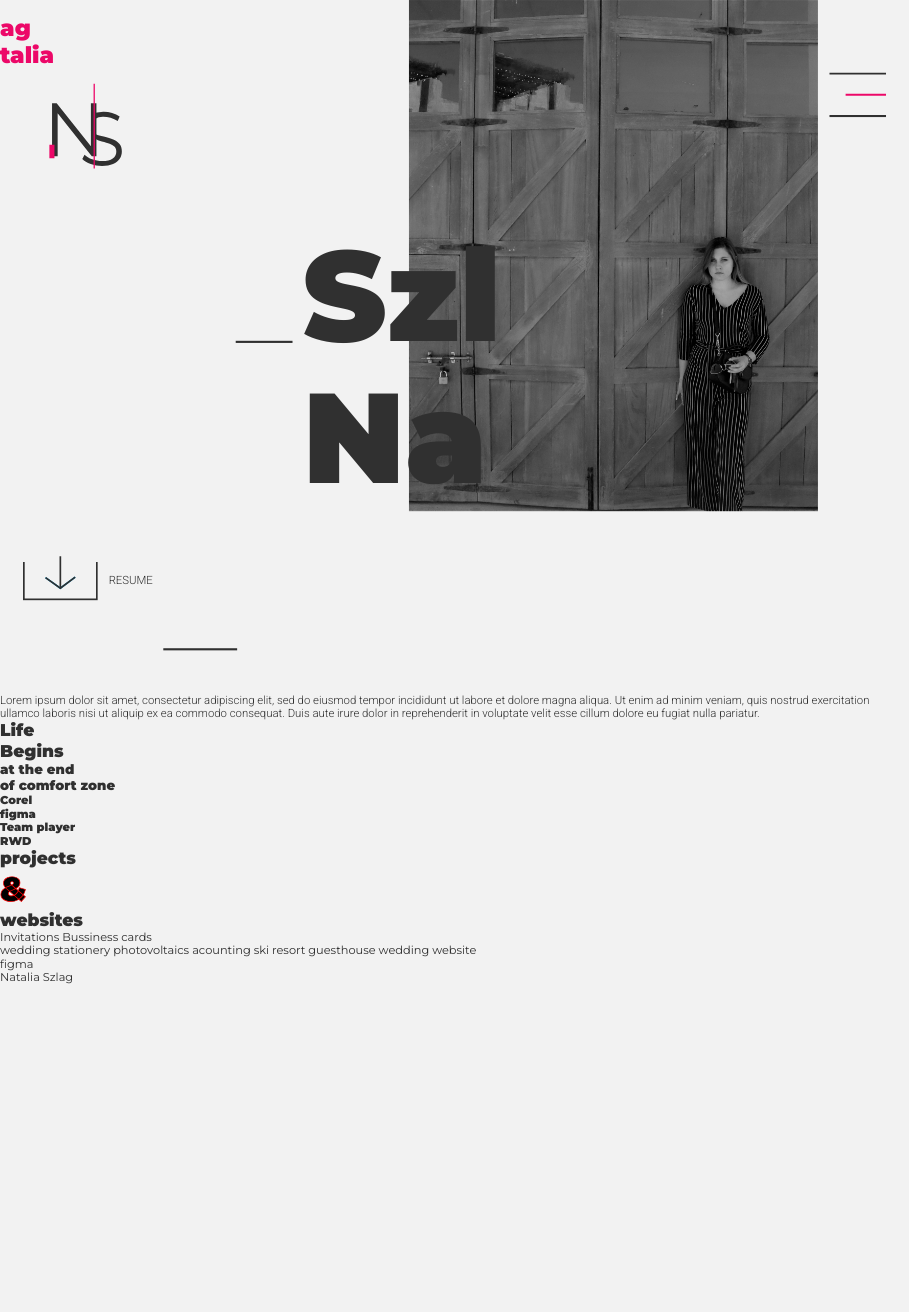
Repository: nataliaszlag/portfolio3
Page: index.html
The author's editor kept a copy of each file at every save. The page is drawn from the files as they stood at one save, then again after the next save.
The browser window is 1280 px wide. The pictures show the whole page, at 71% of full size.
The style sheet was rebuilt from its Sass, Less or Tailwind sources for each picture, by a compiler version that may differ from the author's.

Above is the page before, as saved 2020-09-26 20:13:58.

### index.html
<!DOCTYPE html>
<html lang="en">
<head>
    <meta charset="UTF-8">
    <meta name="viewport" content="width=device-width, initial-scale=1.0">
    <title>Portfolio</title>
    <link rel="stylesheet" href="/css/style.css">
    <link href="https://fonts.googleapis.com/css2?family=Montserrat:wght@300;400;600;900&family=Roboto:wght@300&display=swap" rel="stylesheet">
<body>
    <img><img class="hero-img"src="/img/img-hero.JPG" alt="zdj"><h1 class="h1-name-2 clr-prim">ag<br>talia</h1></img></div>
    <header class="hero">
        <nav>
            <logo class="logo">
                <svg width="202" height="202" viewBox="0 0 202 202" fill="none" xmlns="http://www.w3.org/2000/svg">
                    <path d="M111.707 131.661C106.15 131.661 100.822 130.771 95.7284 128.989C90.6331 127.207 86.6957 124.857 83.9163 121.934L87.0156 115.841C89.7232 118.549 93.3219 120.742 97.8117 122.416C102.302 124.091 106.933 124.927 111.707 124.927C118.407 124.927 123.43 123.699 126.779 121.239C130.128 118.781 131.805 115.592 131.805 111.673C131.805 108.68 130.895 106.292 129.078 104.511C127.26 102.729 125.035 101.357 122.397 100.396C119.76 99.4333 116.091 98.3831 111.387 97.2422C78.7372 90.0157 110.659 55.7886 98.6857 58.3337C92.9473 59.5532 105.322 55.7647 113.312 55.5543C117.586 55.4414 121.773 56.1427 125.871 57.3177C129.969 58.4945 133.513 60.116 136.506 62.1821L133.835 68.4884C130.7 66.4223 127.351 64.8726 123.786 63.8395C120.223 62.8047 116.732 62.3344 113.312 62.2882C95.5796 62.0521 91.8988 81.0702 103.104 87.2483C105.649 88.6525 109.535 89.2614 114.167 90.4023C119.654 91.7552 124.089 93.091 127.474 94.4098C130.859 95.7285 133.727 97.7228 136.079 100.396C138.431 103.068 139.607 106.684 139.607 111.245C139.607 115.022 138.591 118.46 136.561 121.561C134.529 124.66 131.411 127.118 127.207 128.936C123.003 130.753 117.837 131.661 111.707 131.661Z" fill="#303030"/>
                    <path d="M103.826 43.3881V118.212H97.3055L49.2035 57.4973V118.212H41.2945V43.3881H47.8146L96.0226 104.103V43.3881H103.826Z" fill="#303030"/>
                    <path fill-rule="evenodd" clip-rule="evenodd" d="M99.789 135.296V16.0728H101.621V135.296H99.789Z" fill="#EC0868"/>
                    <path fill-rule="evenodd" clip-rule="evenodd" d="M37.5521 120.721L37.5538 101.949L44.6315 101.956V120.726L37.5521 120.721Z" fill="#EC0868"/>
                    </svg>


            </logo>
            <ul class="navbar">
                <svg class="hamburger"width="80" height="63" viewBox="0 0 80 63" fill="none" xmlns="http://www.w3.org/2000/svg">
                    <g  class="line-menu-1"><line y1="1.5" x2="80" y2="1.5" stroke="#303030" stroke-width="3"/></g>
                    <g class="line-menu-2"><line y1="61.5" x2="80" y2="61.5" stroke="#303030" stroke-width="3"/></g>
                    <line x1="23" y1="31.5" x2="80" y2="31.5" stroke="#EC0868" stroke-width="3"/>
                    </svg>

                <li class="nav-list"><a href ="#">ABOUT</a></li>
                <li class="nav-list"><a href ="#">PORTFOLIO</a></li>
                <li class="nav-list"><a href ="#">CONTACT</a></li>
            </ul>
        </nav>
        <div class="flex">
            <div class="line-1"></div>
            <h1 class="h1-name">Szl<br>Na</h1>
        </div>
        <div class="resume">
            <icon class="resume-icon">
                <svg width="106" height="63" viewBox="0 0 106 63" fill="none" xmlns="http://www.w3.org/2000/svg">
                    <path d="M1.60553 8.5282V61.0716H104.395V8.5282" stroke="#303030" stroke-width="2.36" stroke-miterlimit="22.9256"/>
                    <path d="M53 0.473083V45.5269" stroke="#303030" stroke-width="2.36" stroke-miterlimit="22.9256"/>
                    <path d="M32.1326 30.6015L52.9999 45.5269L73.8673 29.8981" stroke="#00A0E3" stroke-width="2.36" stroke-miterlimit="22.9256"/>
                    <path d="M32.1326 30.6015L52.9999 45.5269L73.8673 29.8981" stroke="#303030" stroke-width="2.36" stroke-miterlimit="22.9256"/>
                    </svg>
            </icon>
            <p class="resume-p">RESUME</p>
            <div class="line-2"></div>
        </div>
    </header>
    <main>
        <article class="main-page">

            <div class="arrow">
                <svg>
                </svg>
            </div>
    </article>
        <article class="about">
            <div class="about-flex">
                <p class="about-p">
                    Lorem ipsum dolor sit amet, consectetur adipiscing elit, sed do eiusmod tempor incididunt ut labore et dolore magna aliqua. Ut enim ad minim veniam, quis nostrud exercitation ullamco laboris nisi ut aliquip ex ea commodo consequat. Duis aute irure dolor in reprehenderit in voluptate velit esse cillum dolore eu fugiat nulla pariatur.
                </p>
        </div>
            <div class="about-flex">
                <h2 class="about-primary">Life</h2>
                <h2 class="about-secondary">Begins</h2>
                <h3 class="about-terciary">at the end<br>of comfort zone</h3>
        </div>
            <div class="about-flex">
                <div class="vector"></div>
        </div>
            <div class="about-flex">
                <h4 class="stat">Corel</h4>
                <div class="stat-bar">
                <div class="bar"></div>
                <div class="bar"></div>
                <div class="bar"></div>
                <div class="bar"></div>
                <div class="bar"></div>
            </div>
            <h4 class="stat">figma</h4>
                <div class="stat-bar">
                <div class="bar-1"></div>
                <div class="bar-2"></div>
                <div class="bar-3"></div>
                <div class="bar-4"></div>
                <div class="bar-5"></div>
            </div>
            <h4 class="stat">Team player</h4>
                <div class="stat-bar">
                <div class="bar-1"></div>
                <div class="bar-2"></div>
                <div class="bar-3"></div>
                <div class="bar-4"></div>
                <div class="bar-5"></div>
            </div>
            <h4 class="stat">RWD</h4>
                <div class="stat-bar">
                <div class="bar-1"></div>
                <div class="bar-2"></div>
                <div class="bar-3"></div>
                <div class="bar-4"></div>
                <div class="bar-5"></div>
            </div>
        </div>
    </article>

    <article class="portfolio">
        <h2 class="portfolio-primary">projects<br></h2>
        <h2 class="portfolio-ampersand">&</h2>
        <h2 class="portfolio-secondary">websites</h2>

        <div class="projects-flex">
            <div class="project-gallery">
                <a href="https://www.kraftdesign.pl" target="_blank" class="link">Invitations</a>
                <a href="#gallery" class="link">Bussiness cards</a>
            </div>
            <div class="project-links">
                <a href="https://www.kraftdesign.pl" target="_blank" class="link">wedding stationery</a>
                <a href="https://www.cellinstalacje.pl" class="link" target="_blank" >photovoltaics</a>
                <a href="https://www.cellsksiegowosc.pl" class="link" target="_blank">acounting</a>
                <a href="https://www.masterski.pl" class="link" target="_blank">ski resort</a>
                <a href="https://www.tylicznoclegi.pl" class="link" target="_blank">guesthouse</a>
                <a href="https://www.pobieramysie.info" class="link" target="_blank">wedding website</a>
            </div>
            <div class="project-display">
                figma
            </div>
        </div>
    </article>

    <article class="contact">
        <div class="square">
            <div class="socials">
                <div class="social-info"></div>
                <div class="social-info"></div>
            </div>
            <div class="svg-animate">Natalia Szlag</div>
        </div>

        <div class="square bg-cover">
            <div class="social-sq">
                <svg class="social-ico">insta</svg>
            </div>
            <div class="social-sq">
                <svg class="social-ico">facebook</svg>
            </div>
            <div class="social-sq">
                <svg class="social-ico">pinterest</svg>
            </div>
        </div>
    </article>
    </main>
  </body>
</html>

### scss/style.scss
// ==========================================
// variables
// ==========================================

//font-var
$font-primary: 'Montserrat', sans-serif;
$font-secondary: 'roboto', sans-serif;
$font-spacing-primary: 10%;
$font-line-primary: 25pt;

//color-var
$clr-font: #303030;
$clr-bg: #f2f2f2;
$clr-accent: #ec0868;


// ============================================
// main style
// =======================================
*,
*:hover,
*:focus{
box-sizing: border-box;
color: $clr-font;
}

body{
    background-color: $clr-bg;
}

*{
    margin: 0;
    padding: 0;
    font-family: $font-primary;
    text-decoration: none;
}

.portfolio-ampersand{
    font-size: 48px;
    color: black;
    -webkit-text-stroke: 1px red;
}

.hero{
    min-height: 100%;
    height: 100vh;
    max-width: 95%;
    margin: auto;
}

.hero-img{
    object-fit: cover;
    top: 0;
    right: 10%;
    position: absolute;
    height: 100vh;
    width: 45%;
    z-index: -1;
}

.h1-name{
    display: inline-block;
    font-weight: 900;
    font-size: 180px;
    line-height: 200px;
    padding-left: 10px;
    z-index: 3;
}

.clr-prim{
    color: $clr-accent;
}

.resume{
    margin-top: auto;
    display: flex;
    align-items: center;

    &-p{
        padding: 15px;
    }

    .line-2{
        display: inline-block;
    content:'';
    width: 104px;
    height: 200px;
    border-bottom: solid 3px $clr-font;
    }
}

.line-1{
    display: inline-block;
    content:'';
    width: 80px;
    height: 200px;
    border-top: solid 3px $clr-font;
    margin-left: 300px;
}

nav{
    margin-top: 5px;
    display: flex;
    justify-content: space-between;
    ul{
        display: block;
        list-style-type: none;
        text-align: right;
        li{
            opacity: 0;
            overflow: hidden;
            padding: 15px;
            transition: .2s ease-out;
        }
    }

    ul:hover > li{
        opacity: 1;
    }

    ul:hover .line-menu-1{
        transform: translateY(20px);
    }

    ul:hover .line-menu-2{
        transform: translateY(-20px);
    }
    }

li{
    transition: .2s ease-out;
}

li:hover{
    transform: scale(1.2);
    color: $clr-accent;
}

a{
    transition: .2s ease-out;
}

a:hover{
    color: $clr-accent;
}

.line-menu-1{
    transition: .2s ease-out;
}

.line-menu-2{
    transition: .2s ease-out;
}

p{
    font-family: $font-secondary;
}

After the next save:
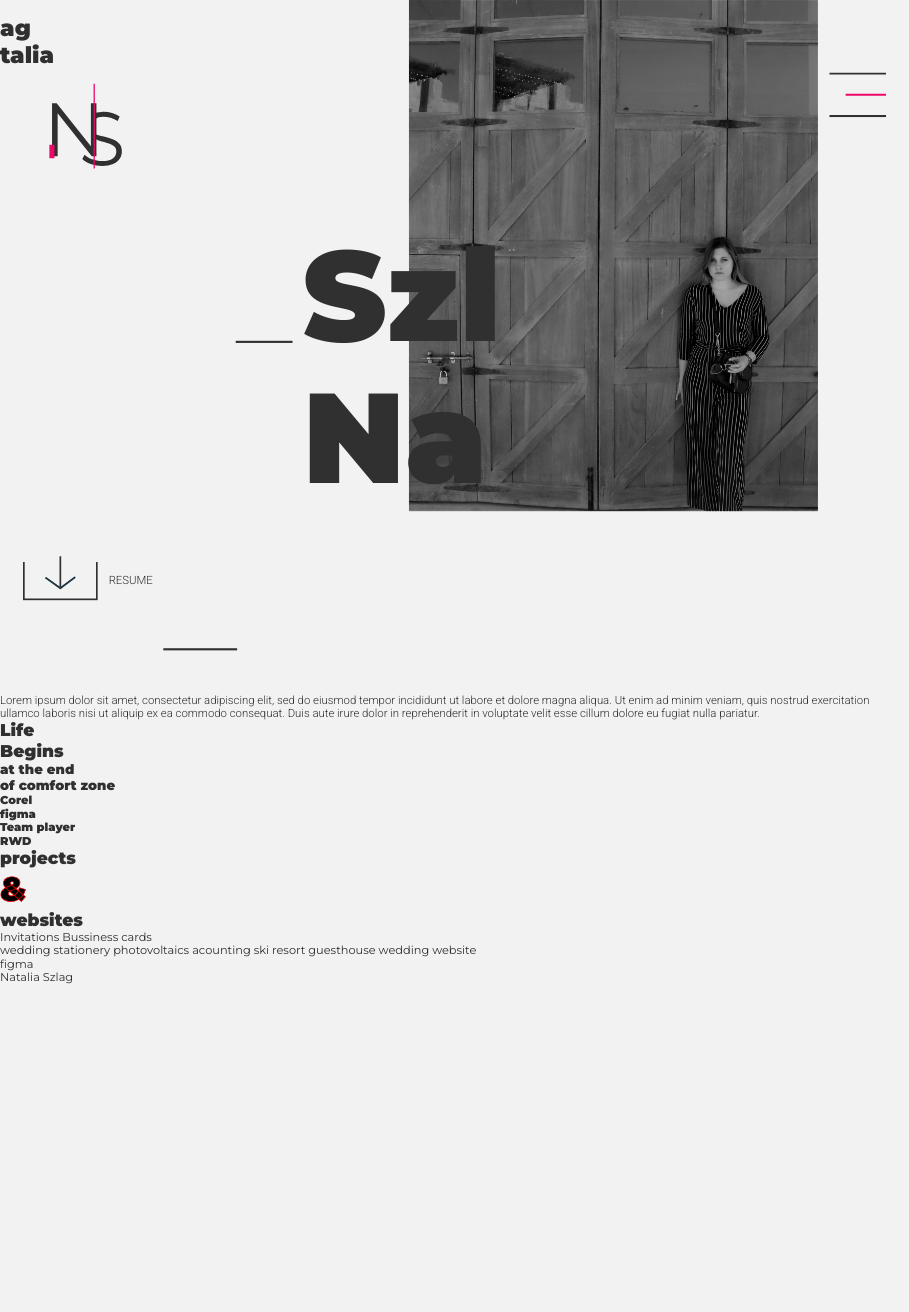
Saved 24 s later.
--- a/scss/style.scss
+++ b/scss/style.scss
@@ -66,6 +66,8 @@
     padding-left: 10px;
     z-index: 3;
 }
+
+h
 
 .clr-prim{
     color: $clr-accent;

After the 2 saves that followed:
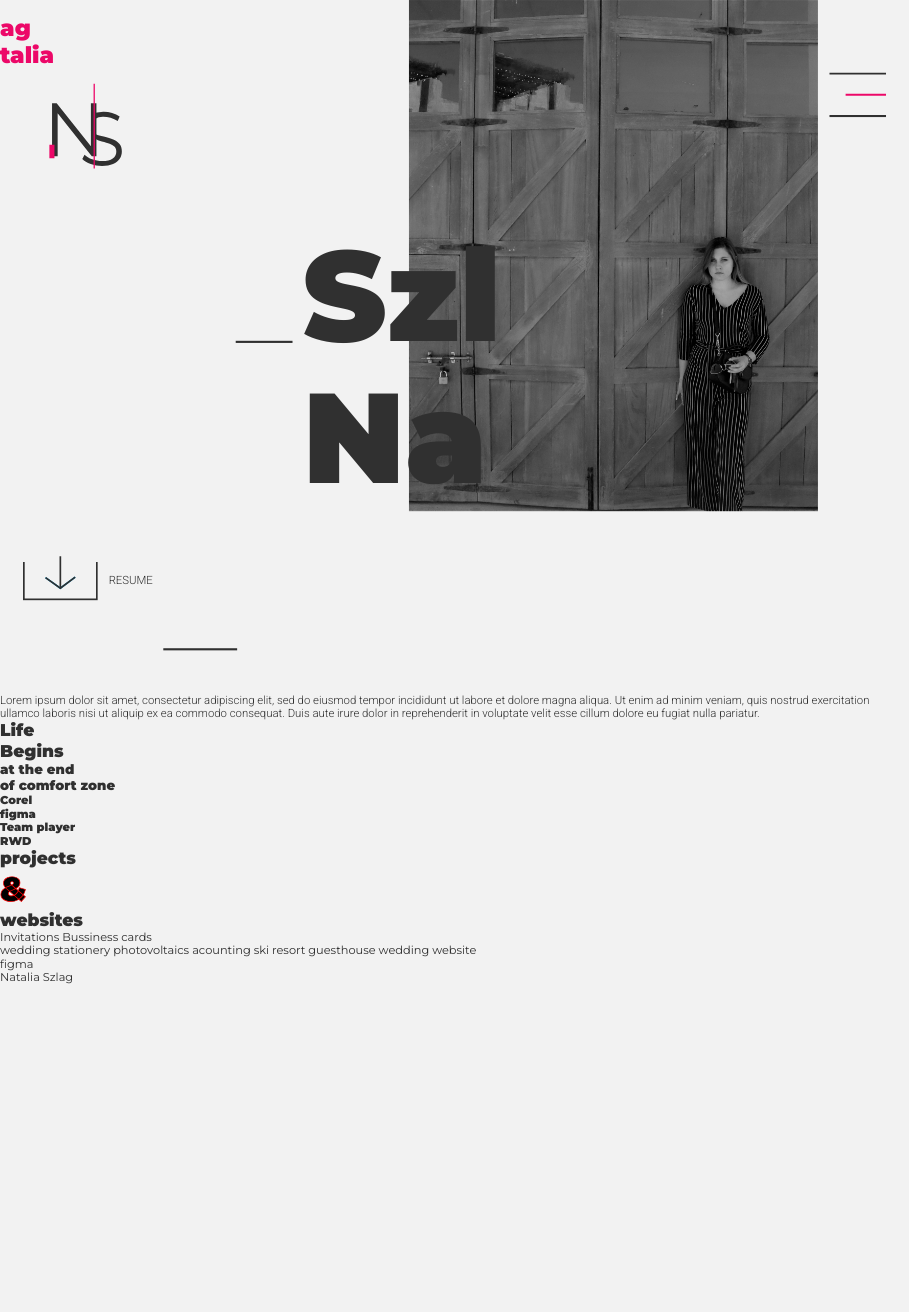
The 2 saves are shown as one change because they came seconds apart.
The last was saved 10 s later.
--- a/scss/style.scss
+++ b/scss/style.scss
@@ -67,7 +67,9 @@
     z-index: 3;
 }
 
-h
+.h1-name-2{
+    position: relative;
+}
 
 .clr-prim{
     color: $clr-accent;
